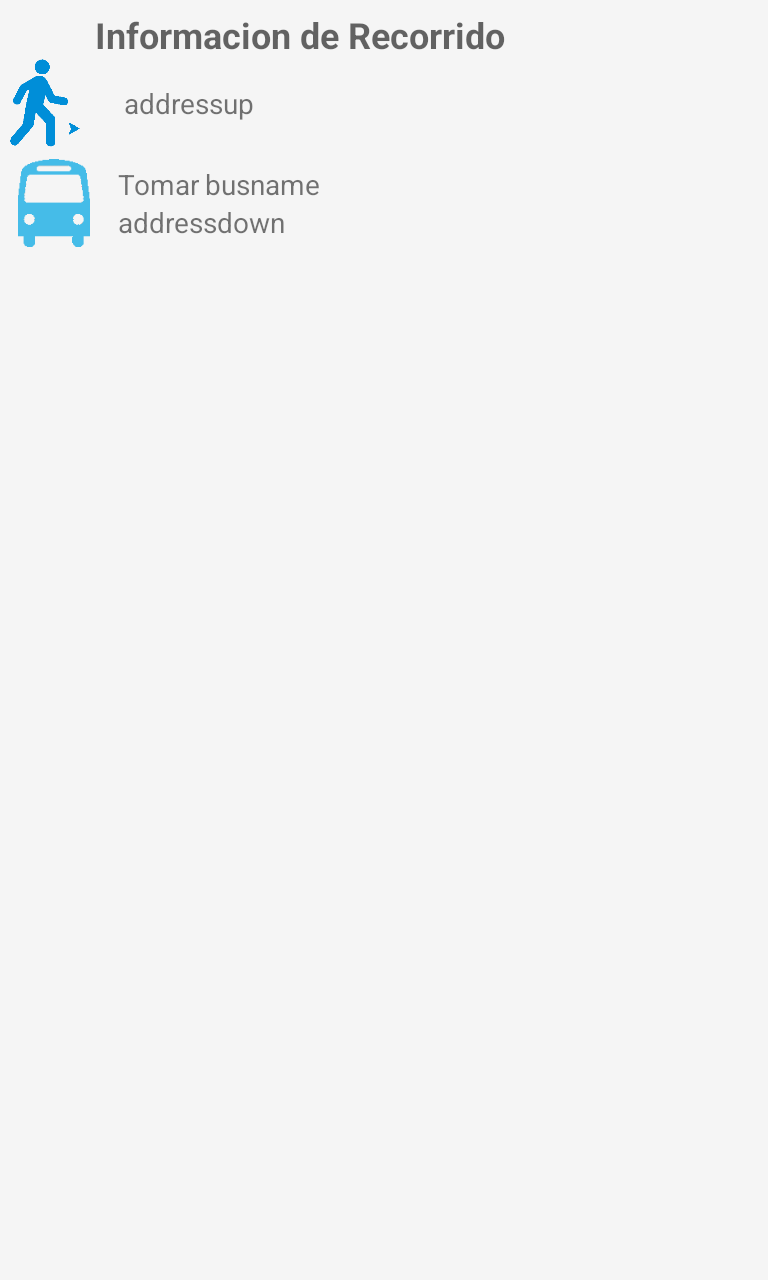
Repository: cooliopas/MyBus
Layout: MyBusAndroid/res/layout/fragdialog_infotextsimple.xml
The author's editor kept a copy of each file at every save. The layout is drawn from the files as they stood at one save, then again after the next save.
It is drawn on a 768 x 1280 px phone screen (xhdpi) without system bars, with theme AppTheme; the app's code is not run.

Above is the layout before, as saved 2014-08-31 23:43:24.

### MyBusAndroid/res/layout/fragdialog_infotextsimple.xml
<?xml version="1.0" encoding="utf-8"?>
<LinearLayout xmlns:android="http://schemas.android.com/apk/res/android"
    android:layout_width="wrap_content"
    android:layout_height="wrap_content"
    android:orientation="vertical"
    android:background="@color/fondo_row" >

    <LinearLayout
        android:layout_width="300dp"
        android:layout_height="wrap_content"
        android:orientation="vertical"
        android:padding="5dp"  >

        <LinearLayout
            android:layout_width="match_parent"
            android:layout_height="wrap_content"
            android:gravity="center" >

            <TextView
                android:id="@+id/textView1"
                android:layout_width="wrap_content"
                android:layout_height="wrap_content"
                android:text="@string/InfoRecorrido"
                android:textAppearance="?android:attr/textAppearanceMedium"
                android:textStyle="bold" />

        </LinearLayout>

        <LinearLayout
            android:layout_width="match_parent"
            android:layout_height="44dp"
            android:layout_marginBottom="3dp" >

            <ImageView
                android:id="@+id/imageView1"
                android:layout_width="44dp"
                android:layout_height="match_parent"
                android:scaleType="fitCenter"
                android:src="@drawable/origencontextual" />

            <LinearLayout
                android:layout_width="match_parent"
                android:layout_height="match_parent"
                android:gravity="center|left"
                android:paddingLeft="10dp" >

                <TextView
                    android:id="@+id/tv_upbus1"
                    android:layout_width="wrap_content"
                    android:layout_height="wrap_content"
                    android:layout_marginLeft="3dp"
                    android:text="addressup"
                    android:textAppearance="?android:attr/textAppearanceSmall" />
            </LinearLayout>
        </LinearLayout>

        <LinearLayout
            android:layout_width="match_parent"
            android:layout_height="wrap_content"
            android:layout_marginTop="3dp"
            android:gravity="center" >

            <ImageView
                android:id="@+id/imageView2"
                android:layout_width="44dp"
                android:layout_height="44dp"
                android:scaleType="fitCenter"
                android:src="@drawable/busiconsearchresultsentido0" />

            <LinearLayout
                android:layout_width="match_parent"
                android:layout_height="wrap_content"
                android:gravity="center"
                android:orientation="vertical"
                android:paddingLeft="10dp" >

                <LinearLayout
                    android:layout_width="match_parent"
                    android:layout_height="wrap_content" >

                    <TextView
                        android:id="@+id/tv_static3"
                        android:layout_width="wrap_content"
                        android:layout_height="wrap_content"
                        android:layout_marginRight="3dp"
                        android:text="@string/Tomar"
                        android:textAppearance="?android:attr/textAppearanceSmall" />

                    <TextView
                        android:id="@+id/tv_busn1"
                        android:layout_width="wrap_content"
                        android:layout_height="wrap_content"
                        android:text="busname"
                        android:textAppearance="?android:attr/textAppearanceSmall" />
                </LinearLayout>

                <LinearLayout
                    android:layout_width="match_parent"
                    android:layout_height="wrap_content" >

                    <TextView
                        android:id="@+id/tv_downbus1"
                        android:layout_width="wrap_content"
                        android:layout_height="wrap_content"
                        android:text="addressdown"
                        android:textAppearance="?android:attr/textAppearanceSmall" />
                </LinearLayout>
            </LinearLayout>
        </LinearLayout>

    </LinearLayout>

</LinearLayout>

### MyBusAndroid/res/values/styles.xml
<resources xmlns:android="http://schemas.android.com/apk/res/android">

    <!--
        Base application theme, dependent on API level. This theme is replaced
        by AppBaseTheme from res/values-vXX/styles.xml on newer devices.




    -->
    <style name="AppBaseTheme" parent="@style/Theme.AppCompat.Light">
        <!--
            Theme customizations available in newer API levels can go in
            res/values-vXX/styles.xml, while customizations related to
            backward-compatibility can go here.




        -->
    </style>

    <!-- Application theme. -->
    <style name="AppTheme" parent="AppBaseTheme">

        <!-- All customizations that are NOT specific to a particular API-level can go here. -->
        <item name="android:actionBarStyle">@style/MyBusActionBar</item>
        <item name="actionBarStyle">@style/MyBusActionBar</item>

   		<!-- Straight import from http://stackoverflow.com/questions/16404820/how-to-set-default-font-family-for-entire-android-app -->
   	    <!--  <item name="android:textViewStyle">@style/RobotoTextViewStyle</item>
   	    <item name="android:editTextStyle">@style/RobotoTextViewStyle</item>
	    <item name="android:buttonStyle">@style/RobotoButtonStyle</item>-->
	    <item name="android:typeface">sans</item>

    </style>

    <style name="listRow" parent="android:Widget.Holo.Light.TextView">
        <item name="android:textColor">@color/white</item>
        <item name="android:layout_width">wrap_content</item>
        <item name="android:layout_height">wrap_content</item>
    </style>

    <style name="list" parent="android:Widget.Holo.Light.TextView">
        <item name="android:background">@color/mybus_gray_light</item>
        <item name="android:layout_width">wrap_content</item>
        <item name="android:layout_height">wrap_content</item>
    </style>

    <!-- Straight import from http://stackoverflow.com/questions/16404820/how-to-set-default-font-family-for-entire-android-app -->
    <style name="RobotoTextViewStyle" parent="android:Widget.TextView">
        <item name="android:typeface">sans</item>
    </style>

    <style name="RobotoButtonStyle" parent="android:Widget.Holo.Button">
        <item name="android:fontFamily">sans-serif-light</item>
    </style>

    <!-- Straight import from http://stackoverflow.com/questions/5861661 -->
    <style name="MyBusActionBar" parent="@style/Widget.AppCompat.Light.ActionBar">
        <item name="android:background">@color/mybus_gray_dark</item>
        <item name="background">@color/mybus_gray_dark</item>
        <item name="android:titleTextStyle">@style/ActionBarTitleText</item>
        <item name="titleTextStyle">@style/ActionBarTitleText</item>
    </style>

    <style name="ActionBarTitleText" parent="@style/TextAppearance.AppCompat.Widget.ActionBar.Title">
        <item name="android:textColor">@color/white</item>
    </style>

    <style name="ActionBarSubTitleText" parent="@style/TextAppearance.AppCompat.Widget.ActionBar.Subtitle">
        <item name="android:textColor">@color/white</item>
    </style>

    <style name="DefaultWhiteText" parent="@style/AppTheme">
        <item name="android:textColor">@color/white</item>
    </style>

    <style name="ButtonDefaultStyle">
        <item name="android:background">@layout/button_bg</item>
        <item name="background">@layout/button_bg</item>
        <item name="android:layout_width">40dp</item>
        <item name="android:layout_height">40dp</item>
    </style>

    <style name="Bg_infobus">
        <item name="android:background">@layout/litght_bg_infobus</item>
        <item name="background">@layout/litght_bg_infobus</item>
        <item name="android:layout_width">50dp</item>
        <item name="android:layout_height">wrap_content</item>
    </style>

</resources>

### MyBusAndroid/res/values-v14/styles.xml
<resources>

    <!--
        Base application theme for API 14+. This theme completely replaces
        AppBaseTheme from BOTH res/values/styles.xml and
        res/values-v11/styles.xml on API 14+ devices.
    -->
    <style name="AppBaseTheme" parent="@style/Theme.AppCompat.Light">
        <!-- API 14 theme customizations can go here. -->
    </style>

</resources>

### MyBusAndroid/res/values/colors.xml
<?xml version="1.0" encoding="utf-8"?>
<resources>
    <item name="fondo_row" type="color">#f5f5f5</item>
    <item name="color_511a" type="color">#4d0302</item>
    <item name="color_511b" type="color">#4d0302</item>
    <item name="color_511ch" type="color">#4d0302</item>
    <item name="color_511f" type="color">#4d0302</item>
    <item name="color_511g" type="color">#4d0302</item>
    <item name="color_511p" type="color">#4d0302</item>
    <item name="color_511Ron" type="color">#4d0302</item>
    <item name="color_512a" type="color">#4d0302</item>
    <item name="color_512b" type="color">#4d0302</item>
    <item name="color_521" type="color">#d60405</item>
    <item name="color_522" type="color">#d60405</item>
    <item name="color_523" type="color">#d60405</item>
    <item name="color_525" type="color">#d60405</item>
    <item name="color_531" type="color">#2c800e</item>
    <item name="color_532" type="color">#2c800e</item>
    <item name="color_533" type="color">#2c800e</item>
    <item name="color_541" type="color">#d60405</item>
    <item name="color_542" type="color">#d60405</item>
    <item name="color_543" type="color">#d60405</item>
    <item name="color_551" type="color">#d60405</item>
    <item name="color_552" type="color">#d60405</item>
    <item name="color_552a" type="color">#d60405</item>
    <item name="color_553" type="color">#d60405</item>
    <item name="color_554" type="color">#d60405</item>
    <item name="color_555" type="color">#d60405</item>
    <item name="color_562" type="color">#00338e</item>
    <item name="color_563a" type="color">#00338e</item>
    <item name="color_563b" type="color">#00338e</item>
    <item name="color_571a" type="color">#f77306</item>
    <item name="color_571b" type="color">#f77306</item>
    <item name="color_573" type="color">#f77306</item>
    <item name="color_573b" type="color">#f77306</item>
    <item name="color_581" type="color">#e50000</item>
    <item name="color_591a" type="color">#2e88d6</item>
    <item name="color_591b" type="color">#2e88d6</item>
    <item name="color_593a" type="color">#2e88d6</item>
    <item name="color_593b" type="color">#2e88d6</item>
    <item name="color_717cv" type="color">#4d0302</item>
    <item name="color_717lp" type="color">#4d0302</item>
    <item name="color_717sp" type="color">#4d0302</item>
    <item name="color_720" type="color">#01755e</item>
    <item name="origin_blue" type="color">#008ed8</item>
    <item name="dest_purple" type="color">#d80056</item>
    <item name="white" type="color">#FFFFFF</item>
    <item name="black" type="color">#000000</item>
    <item name="mybus_gray_dark" type="color">#343434</item>
    <item name="mybus_gray_light" type="color">#6b6b6b</item>
  	<item name="background_base_window" type="color">#eeeeee</item>
  	<item name="pure_white" type="color">#ffffff</item>
  	<item name="naranja1" type="color">#D7AD00</item>
  	<item name="light_gray" type="color">#b7bbbf</item>
  	<item name="splash_silver" type="color">#f2f2f3</item>


</resources>

### MyBusAndroid/res/values/strings.xml
<?xml version="1.0" encoding="utf-8"?>
<resources>

    <string-array name="navigation_drawer_items_array">
        <item>Lugares favoritos</item>
        <item>Puntos de carga cercanos</item>
        <item>Tarifas</item>
        <item>Recorridos</item>
        <item>Configuración</item>
    </string-array>

    <string name="app_name">MyBus</string>
    <string name="action_settings">Settings</string>
    <string name="title_section1">Section 1</string>
    <string name="title_section2">Section 2</string>
    <string name="title_section3">Section 3</string>
    <string name="closest_recharge_points">Puntos de recarga cercanos</string>
    <string name="confirm">Confirmar</string>
    <string name="deletion_confirmation">¿Quiere borrar esta ubicación?</string>
    <string name="favorites_list_purge">Vaciar lista</string>
    <string name="btn_show_on_map">Mostrar en mapa</string>
    <string name="label_check_favorites">Mostrar favoritos en el mapa</string>
    <string name="label_check_stations">Mostrar puntos de carga en el mapa</string>
    <string name="reselect_message">¿Desea reseleccionar el punto?</string>
    <string name="Select">Seleccionar</string>
    <string name="Origin">Origen</string>
    <string name="Destination">Destino</string>
    <string name="Destinationlocation">Ubicación de destino</string>
    <string name="Originlocation">Ubicación de origen</string>
    <string name="Favorites">Favoritos</string>
    <string name="MarkerOptions">Opciones del Marcador</string>
    <string name="Buses">Colectivos</string>
    <string name="action_bar_show_map">Mostrar mapa</string>
    <string name="FavName">Nombre del favorito</string>
    <string name="Time">Tiempo</string>
    <string name="Km">Km.</string>
    <string name="Distance">Dist.</string>
    <string name="Caminar">Caminar</string>
    <string name="HaciaParada">hacia</string>
    <string name="Tomar">Tomar </string>
    <string name="Descender">Descender en</string>
    <string name="InfoRecorrido">Informacion de Recorrido</string>
    <string name="CargandoRuta">"Cargando ruta..."</string>
    <string name="NoResults">No se encontraron resultados para esta búsqueda</string>
    <string name="warning_trash_favorites">¿Realmente desea vaciar la lista de favoritos?</string>
    <string name="CaminarHasta">Caminar hasta</string>
	<string name="MiPosicionActual">Mi posición actual</string>
	<string name="Yo">Yo</string>
	<string name="PuntoFueraDeRango">Este punto está fuera de rango</string>
	<string name="Minutos">Minutos</string>
	<string name="Kms">Kms.</string>
	<string name="Minutos2">Min.</string>
	<string name="recharge_point_schedule">"Horario: "</string>
	<string name="mode_recharge_stations">Modo de mapa: puntos de recarga</string>
	<string name="recharge_stations">Puntos de recarga</string>
	<string name="map_failure_warning">No se puede crear el mapa</string>
	<string name="marker_loading">Buscando Ubicación...</string>
	<string name="server_connection_failure_notice">No se puede conectar con el servidor</string>
	<string name="queried_address_failure">No hay resultados para el domicilio solicitado</string>
	<string name="bus_stop">Parada</string>
	<string name="bus_line">"Línea "</string>
	<string name="line_start">(principio)</string>
	<string name="line_end">(fin)</string>
	<string name="favorites_list_empty">No has creado ubicaciones favoritas aún.</string>
	<string name="correct_value_origin">Ingrese un valor correcto para el origen o toque el mapa</string>
	<string name="correct_value_destination">Ingrese un valor correcto para el destino o toque el mapa</string>
    <string name="org_dest_must_completed">Los puntos de origen y destino deben estar ingresados</string>
    <string name="new_favorite_added">Nuevo favorito agregado</string>
    <string name="char_min">El nombre debe tener como minimo 3 caracteres</string>
    <string name="complete_markers">Deben estar ingresados el origen y el destino para el intercambio</string>
    <string name="switch_complete">Intercambio realizado</string>
    <string name="IngreseOrigen">"Ingrese dirección origen"</string>
    <string name="IngreseDestino">"Ingrese dirección destino"</string>
    <string name="BuscandoDireccion">Buscando Direccion...</string>
</resources>

Loaded but not shown: MyBusAndroid/res/values-v11/styles.xml (common file)

After the next save:
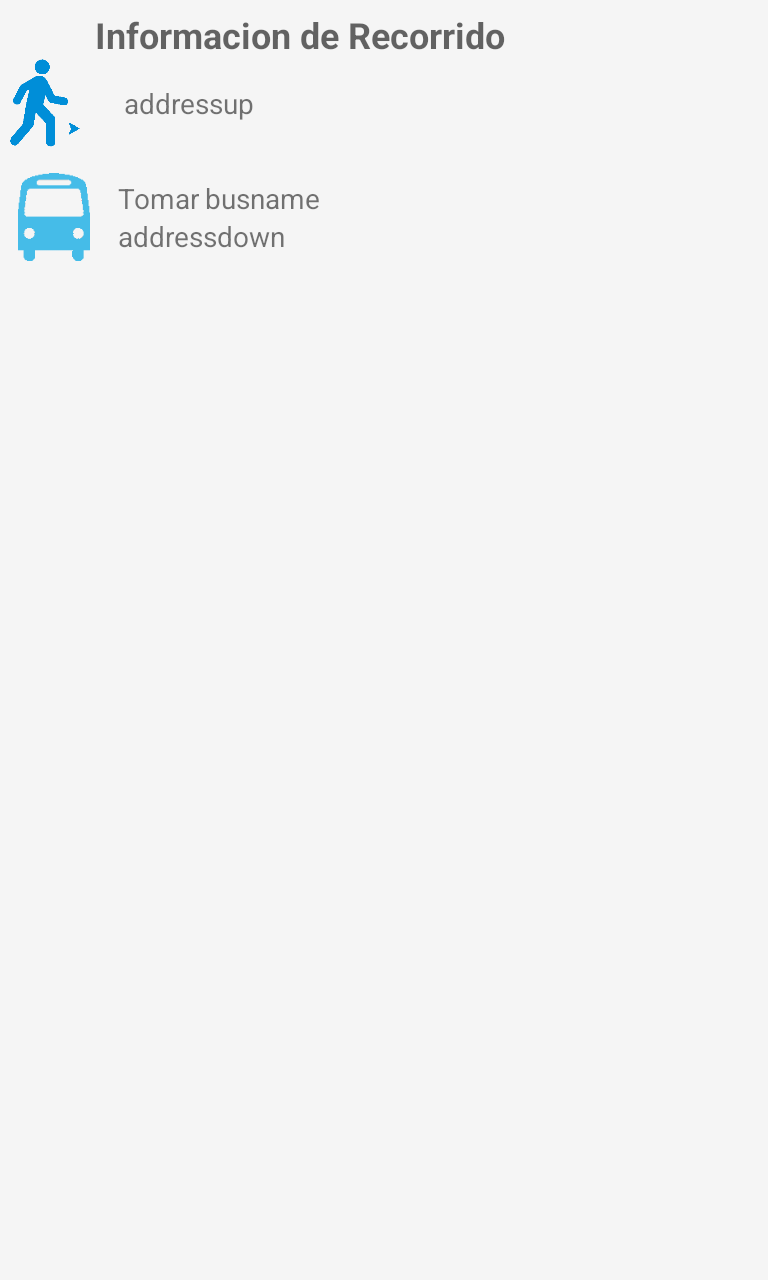
Saved 18 s later.
--- a/MyBusAndroid/res/layout/fragdialog_infotextsimple.xml
+++ b/MyBusAndroid/res/layout/fragdialog_infotextsimple.xml
@@ -72,7 +72,7 @@
                 android:layout_height="wrap_content"
                 android:gravity="center"
                 android:orientation="vertical"
-                android:paddingLeft="10dp" >
+                android:padding="10dp" >
 
                 <LinearLayout
                     android:layout_width="match_parent"
